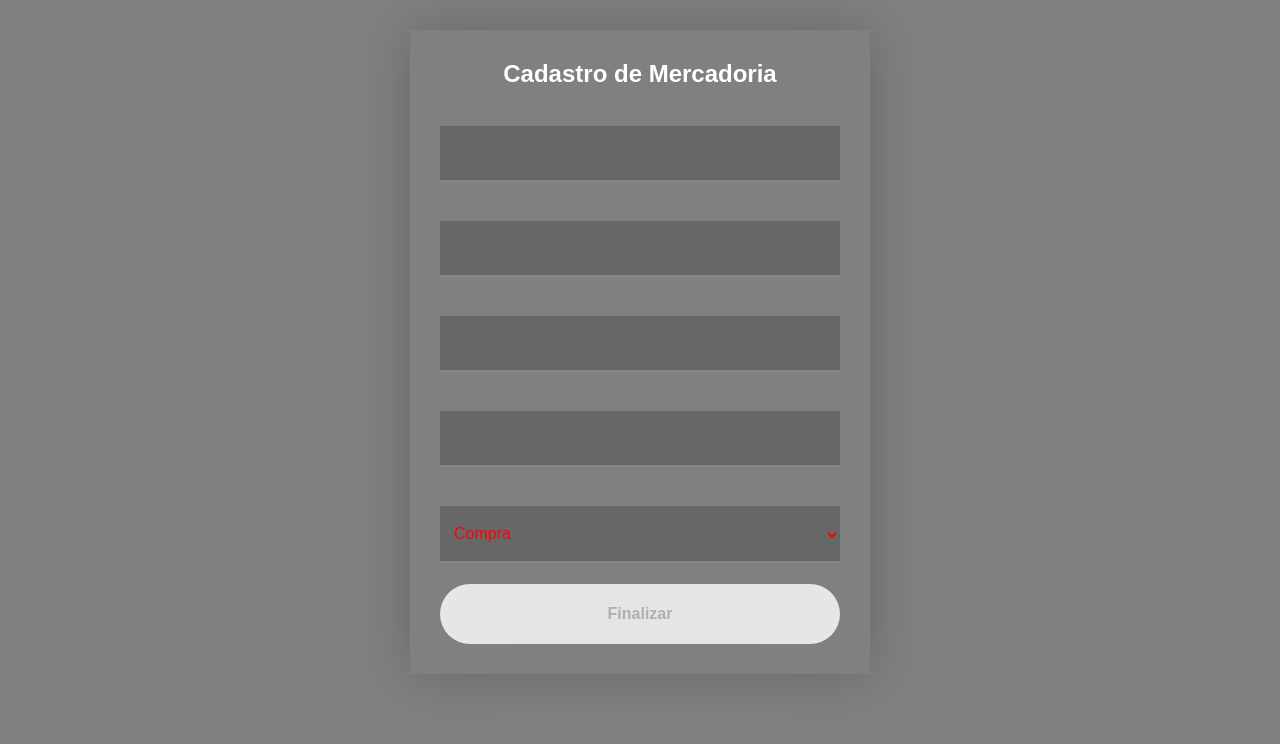
Repository: felipedischer/valemobi
Page: http://localhost/Valemobi/
An editor plug-in stored every save of this project. The page is shown before and after the next save, followed by the edit.
The browser window is 1280 px wide. The pictures show the whole page.
The page is served by Tomcat 9. Other server files are loaded and not shown.

Above is the page before, as saved 2016-09-28 04:09:21.

### Valemobi/WebContent/index.jsp
<%@ page language="java" contentType="text/html; charset=ISO-8859-1"
    pageEncoding="ISO-8859-1"%>
<!DOCTYPE html PUBLIC "-//W3C//DTD HTML 4.01 Transitional//EN" "http://www.w3.org/TR/html4/loose.dtd">
<html>
<head>
<meta http-equiv="Content-Type" content="text/html; charset=ISO-8859-1">

<link rel="stylesheet" type="text/css" href="estilo/css/estilo.css">

<title>Plataforma de Negociação</title>

</head>
<body>

<main id="conteudo">
		<div class="container">
			<form action="contatoservlet" method="post">
				<h2>Cadastro de Mercadoria</h2>


				<div class="grupo">
					<label for="campo1">Nome da Mercadoria</label>
					<input type="text" id="campo1" name="nome">
				</div>

				<div class="grupo">
					<label for="campo2">Tipo de Mercadoria</label>
					<input type="text" id="campo2" name="tipo">
				</div>

				<div class="grupo">
					<label for="campo3">Quantidade</label>
					<input type="number" id="campo3" name="quantidade">
				</div>

				<div class="grupo">
					<label for="campo4">Preço</label>
					<input type="text" id="campo4" name="preco">
				</div>

				<div class="grupo">
					<label for="campo5">Negociação</label>
					<select id="campo5" name="negociacao">
						<option value="COMPRA">Compra</option>
						<option value="VENDA">Venda</option>
					</select>
				</div>
				<button class="btn btn-cadastrar" type="submit">Finalizar</button>
			</form>
		</div>
	</main>






</body>
</html>

### Valemobi/WebContent/estilo/css/estilo.css

*{
	margin: 0px;
	padding: 0px;
	outline: none;
	font-family: "Arial";
	color: #bbbbbb;
	text-decoration: none;
}
.container{
	box-sizing: border-box;
	display: block;
	margin: auto;
	padding: 0px 15px;
	width: 1170px;
	max-width: 100%;
}

body{
	padding-bottom: 40px;
	background: grey;
	width: 100%;
	height: 100%;
	position: relative;
}



/*CONTEUDO*/
#conteudo{
	padding: 30px 0px;
}
form label{
	color: white;
}
form {
	padding: 30px;
	max-width: 400px;
	margin: auto;
	box-shadow: 0px 0px 52px 0px rgba(0,0,0,0.2);
	animation: fadeIn 1.5s cubic-bezier(0.19,1,0.22,1);
}

form h2{
	text-align: center;
	margin-bottom: 20px;
	color: white;
}
form .grupo{
	margin-bottom: 20px;
}
form .grupo > *{
	display: block;
}
form .grupo label{
	font-weight: bold;
	font-size: 14px;
	margin-bottom: 2px;
	color: Grey;
}
form .grupo input, form .grupo select{
	border: none;
	box-sizing: border-box;
	width: 100%;
	padding: 10px;
	font-size: 16px;
	background: rgba(0,0,0,0.2);
	color: red;
    padding: 18px 10px;
    border-bottom: solid 3px rgba(255,255,255,0.2);
    transition: all 0.4s cubic-bezier(0.19,1,0.22,1);
}

.btn{
	cursor: pointer;
	font-weight: bold;
	display: block;
	height: 50px;
	padding: 10px 20px;
	border-radius: 25px;
	border: none;
	font-weight: bold;
	font-size: 16px;
	background: white;
	opacity: 0.8;
	transition: all 1s cubic-bezier(0.19,1,0.22,1);
}
.btn:hover{
	opacity: 1;

}
form > .btn{
	width: 100%;
	height: 60px;
	border-radius: 30px;
}

After the next save:
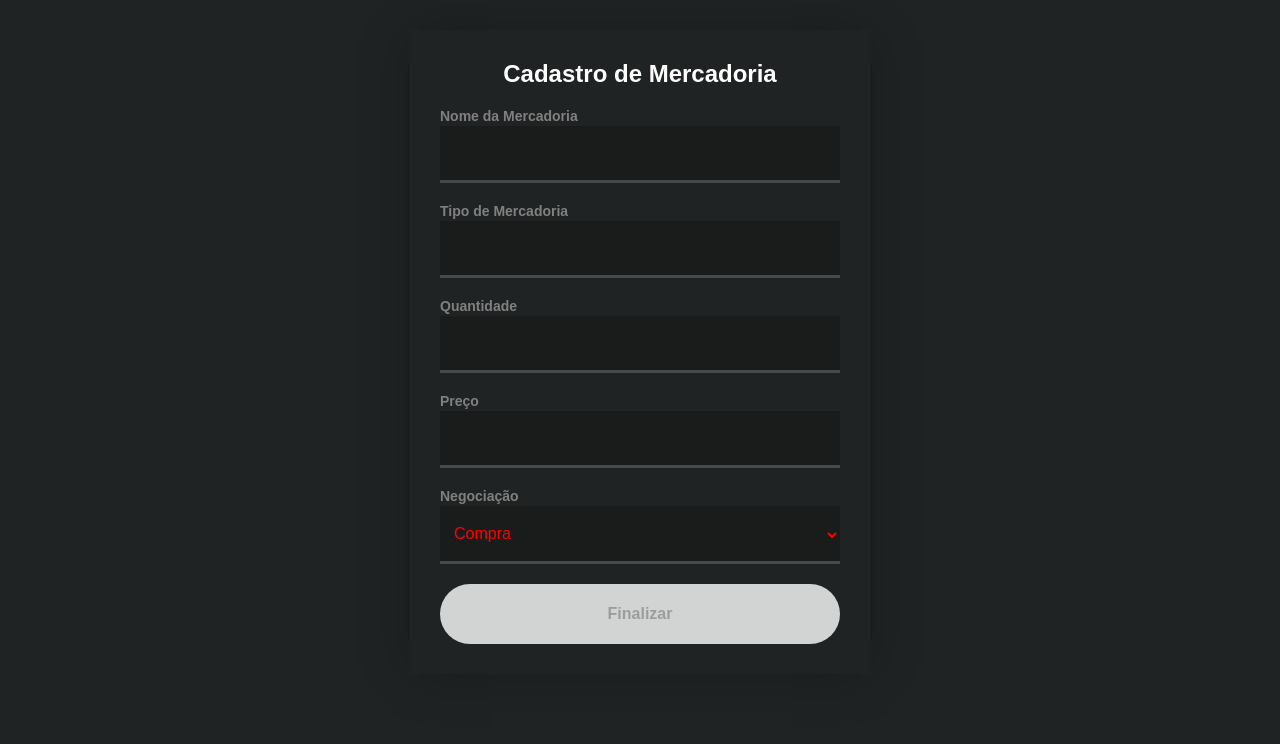
Saved 13 s later.
--- a/Valemobi/WebContent/estilo/css/estilo.css
+++ b/Valemobi/WebContent/estilo/css/estilo.css
@@ -18,7 +18,7 @@
 
 body{
 	padding-bottom: 40px;
-	background: grey;
+	background: #202323;
 	width: 100%;
 	height: 100%;
 	position: relative;
